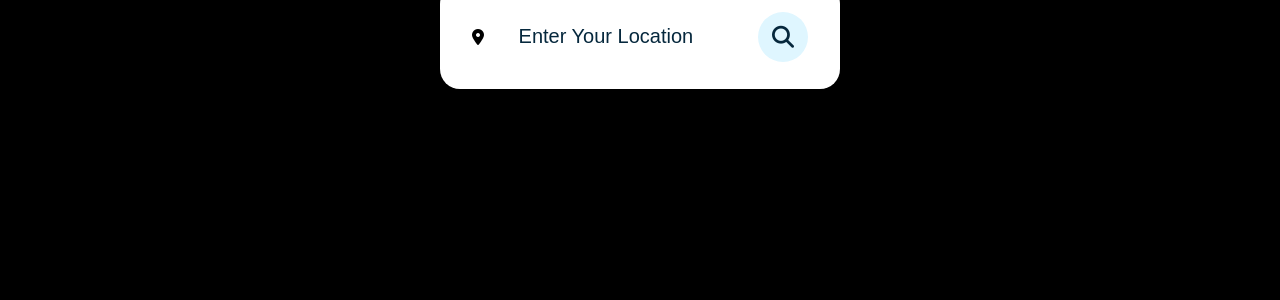
Repository: Pr1s0n3r627/weather
Page: index.html
An editor plug-in stored every save of this project. The page is shown before and after the next save, followed by the edit.
The browser window is 1280 px wide. The pictures show the whole page.
The pointer rests on the first visible `.search-box button`.
Some web libraries are served in a nearby version.

Above is the page before, as saved 2024-05-18 23:05:03.
Not found: index.js

### index.html
<!DOCTYPE html>
<html lang="en">

<head>
    <meta charset="UTF-8">
    <meta http-equiv="X-UA-Compatible" content="IE=edge">
    <meta name="viewport" content="width=device-width, initial-scale=1.0">
    <link
        href="https://fonts.googleapis.com/css2?family=Poppins:wght@300;400;500;600;700;800;900&family=Roboto:wght@300;400;500;700;900&display=swap"
        rel="stylesheet">
    <link rel="stylesheet" href="style.css">
    <title>Day #10 - Weather App | AsmrProg</title>
</head>

<body>

    <div class="container">
        <div class="search-box">
            <i class="fa-solid fa-location-dot"></i>
            <input type="text" placeholder="Enter your location">
            <button class="fa-solid fa-magnifying-glass"></button>
        </div>

        <div class="not-found">
            <img src="not-found.png">
            <p>Oops! Invalid location :/</p>
        </div>

        <div class="weather-box">
            <img src="">
            <p class="temperature"></p>
            <p class="description"></p>
        </div>

        <div class="weather-details">
            <div class="humidity">
                <i class="fa-solid fa-water"></i>
                <div class="text">
                    <span></span>
                    <p>Humidity</p>
                </div>
            </div>
            <div class="wind">
                <i class="fa-solid fa-wind"></i>
                <div class="text">
                    <span></span>
                    <p>Wind Speed</p>
                </div>
            </div>
        </div>

    </div>

    <script src="https://kit.fontawesome.com/7c8801c017.js" crossorigin="anonymous"></script>
    <script src="index.js"></script>
</body>

</html>

### style.css
*{
    margin: 0;
    padding: 0;
    border: 0;
    outline: none;
    box-sizing: border-box;
}

body{
    height: 10vh;
    display: flex;
    align-items: center;
    justify-content: center;
    background: #000;
}

.container{
    position: relative;
    width: 400px;
    height: 105px;
    background: #fff;
    padding: 28px 32px;
    overflow: hidden;
    border-radius: 20px;
    font-family: 'Poppins', sans-serif;
    transition: 0.6s;
}

.search-box{
    width: 100%;
    height: min-content;
    display: flex;
    align-items: center;
    justify-content: space-between
}

.search-box input{
    color: #333;
    width: 80%;
    font-size: 20px;
    font-weight: 500;
    text-transform: inherit;
    padding-left: 32px;
}

.search-box input::placeholder{
    font-size: 20px;
    font-weight: 500;
    color: #06283d;
    text-transform: capitalize;
}

.search-box button{
    cursor: pointer;
    width: 50px;
    height: 50px;
    color: #06283d;
    background: #dff6ff;
    border-radius: 50%;
    font-size: 22px;
    transition: 0.4s ease;
}

After the next save:
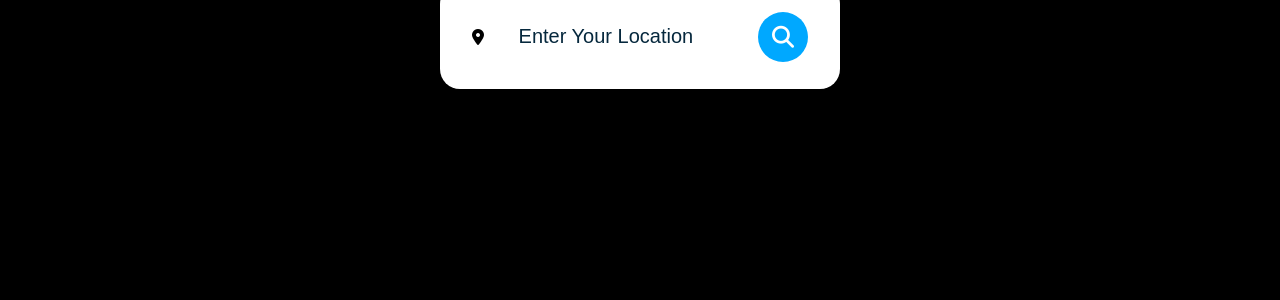
Saved 48 s later.
--- a/style.css
+++ b/style.css
@@ -60,3 +60,8 @@ body{
     font-size: 22px;
     transition: 0.4s ease;
 }
+
+.search-box button:hover{
+    background: #00a8ff;
+    color: #fff;
+}
